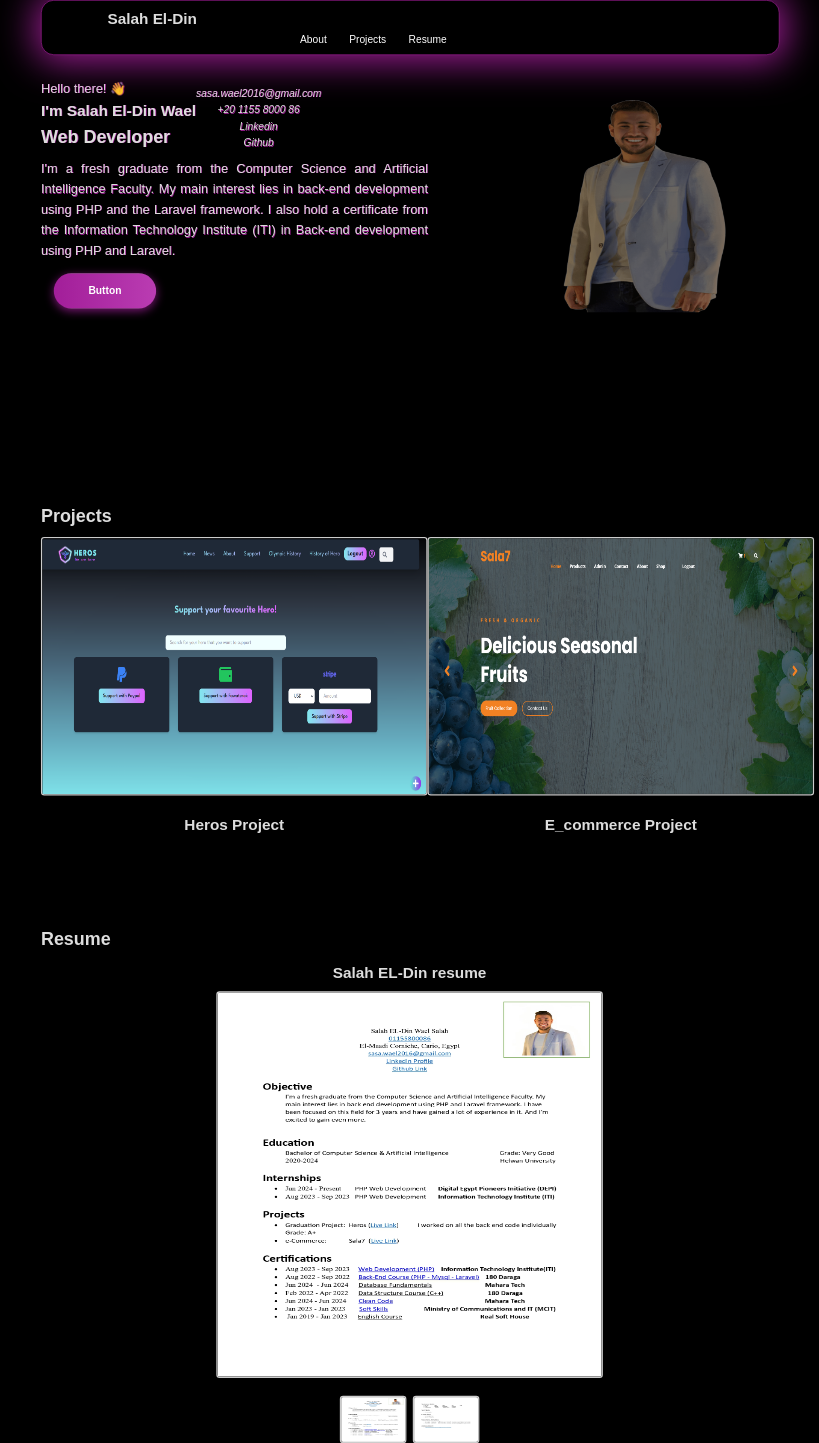
Repository: Salah-Wael/Salah-EL-Din-Portfolio
Page: index.html
The author's editor kept a copy of each file at every save. The page is drawn from the files as they stood at one save, then again after a run of saves.
The browser window is 1280 px wide. The pictures show the whole page, at 64% of full size.

Above is the page before, as saved 2024-07-28 03:44:52.

### index.html
<!DOCTYPE html>
<html lang="en">
<head>
  <meta charset="UTF-8">
  <meta name="viewport" content="width=device-width, initial-scale=1.0">
  <title>Salah EL-Din Portfolio</title>
  <link rel="stylesheet" href="./style.css">

</head>
<body>
  <header>
    <nav>
      <h1>Salah El-Din</h1>
      <ul>
        <li><a href="#about">About</a></li>
        <li><a href="#projects">Projects</a></li>
        <li><a href="#resume">Resume</a></li>
      </ul>
    </nav>
  </header>
  <section id="about">
    <div class="about">
      <div class="content">
        <div class="info">
          <div >
            <p>Hello there! 👋</p>
            <h1>I'm Salah El-Din Wael</h1>
            <h2>Web Developer</h2>
          </div>
          <div class="contact">
            <address>
              <a href="mailto:sasa.wael2016@gmail.com">sasa.wael2016@gmail.com</a><br>
              <a href="https://api.whatsapp.com/send/?phone=%2B201155800086" target="_blank">+20 1155 8000 86</a><br>
              <a href="https://www.linkedin.com/in/salah-eldin" target="_blank">Linkedin</a><br>
              <a href="https://github.com/Salah-Wael" target="_blank">Github</a><br>
            </address>
          </div>
        </div>
          <p>I'm a fresh graduate from the Computer Science and Artificial Intelligence Faculty.
          My main interest lies in back-end development using PHP and the Laravel framework.
          I also hold a certificate from the Information Technology Institute (ITI) in Back-end development using PHP and Laravel.</p>
        <a href=""><button class="bn632-hover bn22">Button</button></a>


      </div>
      <div class="main-img">
        <img src="./img/me/sasag.png" alt="Salah EL-Din">
      </div>
    </div>
  </section>
  <section id="projects">

    <h2>Projects</h2>
    <div class="projects">
      <div class="projects-container">
        <a href="https://heros.rf.gd/" target="_blank">
          <div class="project">
            <div class="image-display">
              <img id="heros" src="img/projects/heros registration.png" alt="heros registration">
            </div>
            <h3>Heros Project</h3>
          </div>
        </a>
      </div>
      <div class="projects-container">
        <a href="https://sala7.great-site.net/" target="_blank">
          <div class="project">
            <div class="image-display">
              <img id="ecommerce" src="img/projects/ecommerce home.png" alt="Sala7 E_commerce">

            </div>
            <h3>E_commerce Project</h3>
          </div>
        </a>
      </div>
    </div>
  </section>
  <section id="resume">
    <h2>Resume</h2>
    <div class="cv-container">
      <div class="project">
        <h3>Salah EL-Din resume</h3>
        <div class="image-display">
          <img id="CV" src="img/CV/Salah EL-Din resume_page-0001.jpg" alt="Salah EL-Din resume">
        </div>
        <div class="thumbnails">
          <img src="img/CV/Salah EL-Din resume_page-0001.jpg" alt="Salah EL-Din resume"
          onclick="swapImage('img/CV/Salah EL-Din resume_page-0001.jpg')">

          <img src="img/CV/Salah EL-Din resume_page-0002.jpg" alt="Salah EL-Din resume"
          onclick="swapImage('img/CV/Salah EL-Din resume_page-0002.jpg')">

        </div>
      </div>
    </div>
  </section>
</body>

<script>
    document.addEventListener('DOMContentLoaded', (event) => {
      const herosImages = [
        'img/projects/heros registration.png',
        'img/projects/heros create news.png',
        'img/projects/heros payment.png'
      ];
      const ecommerceImages = [
        'img/projects/ecommerce home.png',
        'img/projects/products.png'
      ];

      let currentHerosIndex = 0;
      const herosImage = document.getElementById('heros');

      function swapHerosImage() {
        currentHerosIndex = (currentHerosIndex + 1) % herosImages.length;
        herosImage.src = herosImages[currentHerosIndex];
      }
      setInterval(swapHerosImage, 2000); // Change image every 2 seconds

      let currentEcommerceIndex = 0;
      const ecommerceImage = document.getElementById('ecommerce');

      function swapEcommerceImage() {
        currentEcommerceIndex = (currentEcommerceIndex + 1) % ecommerceImages.length;
        ecommerceImage.src = ecommerceImages[currentEcommerceIndex];
      }

      setInterval(swapEcommerceImage, 2000); // Change image every 2 seconds
    });



    function swapImage(newSrc) {
      document.getElementById('CV').src = newSrc;
    }
  </script>
</html>

### style.css
/* Reset some basic styles */
*{
  margin: 0;
  padding: 0;
  list-style: none;
  text-decoration: none;
  color:#dddddd;
  font-family: Arial, sans-serif;
}

/* General body styling */
body {
  font-family: Arial, sans-serif;
  line-height: 1.6;
  background-color: black;
}

/* Styling for navigation bar */
header{
  height: 10vh;
  width: 100%;

}

:root {
  --main-color: #a21e99;
  --secondary-color: #2ecc71;
  --font-size: 16px;
}

nav {
  background-color: black;
  border: 1px solid var(--main-color) ;
  box-shadow: 1px 1px 60px 8px var(--main-color) ;
  z-index: 1;
  border-radius: 20px;
  color: white;
  width: 90%;
  margin-left: 5%;
  display: flex;
  flex-wrap: wrap;
  justify-content: space-between;
  align-items: center;
  padding: 10px 0px;
  margin-bottom: 50px;
  position: fixed;
}

nav h1 {
  width: 30%;
  text-align: center;
  font-size: 24px;
}

nav ul {
  display: flex;
  justify-content: center;
  width: 90%;
  gap: 15px;
}

nav ul li {
  list-style: none;
}

nav ul li a {
  color: white;
  text-decoration: none;
  padding: 5px 10px;
}

nav ul li a:hover {
  color: var(--main-color);
  transition: 0.5s;
}

/* Section styling */
section {
  /* padding: 20px; */
  margin-top: 50px;
  width: 90%;
  margin-left: 5%;
  height: 85vh;
}

section h2 {
  font-size: 28px;
  margin-bottom: 10px;
}

section p {
  font-size: 24px;
}

/* about section styling */
.about{
  display: flex;
  justify-content: space-around;
  align-items: center;
  margin: 0, 20px, 20px, 20px;
}

.about .content{
  width: 70%;
  height: 100%;
}

.about .content{
  text-shadow: 1px 1px 1px #a21e99;
}
.about .content .info{
  display: flex;
  flex-wrap: wrap;
  align-items: center;
}
.about .content .info .contact{

}

.contact address{
  text-align: center;
}

.about div p{
  width: 75%;
  font-size: 20px;
  text-align: justify;
}

.bn632-hover {
  width: 160px;
  font-size: 16px;
  font-weight: 600;
  color: #fff;
  cursor: pointer;
  margin: 20px;
  height: 55px;
  text-align:center;
  border: none;
  background-size: 300% 100%;
  border-radius: 50px;
  moz-transition: all .4s ease-in-out;
  -o-transition: all .4s ease-in-out;
  -webkit-transition: all .4s ease-in-out;
  transition: all .4s ease-in-out;
}

.bn632-hover:hover {
  background-position: 100% 0;
  moz-transition: all .4s ease-in-out;
  -o-transition: all .4s ease-in-out;
  -webkit-transition: all .4s ease-in-out;
  transition: all .4s ease-in-out;
}

.bn632-hover:focus {
  outline: none;
}

.bn632-hover.bn22 {
  background-image: linear-gradient(
    to right,
    #a21e99,
    #ba3cb2,
    #dd30d8,
    #b62bb6
  );
  box-shadow: 0 4px 15px 0 rgba(162, 30, 153, 0.75);
}

.about .main-img{
  width: 30%;
  height: 100%;

}

.about div img{
  width: 300px;
  height: 300px;
  animation: salah 2s linear infinite;
  -webkit-animation: salah 2s linear infinite;
  /* box-shadow: 1px 1px 1px 0px rgba(162, 30, 153, 0.75) ; */

}

@keyframes salah {
  0%{
    opacity: 0;
    transform: scale(0.5);

  }
  50%{
    opacity: 0.5;
    transform: scale(1.2);
  }

  100%{
    opacity: 1;
    transform: scale(1);
  }
}


/* Projects section styling */
.projects{
  display: flex;
  justify-content: space-evenly;
}

.projects-container {
  display: flex;
  gap: 20px;
  flex-wrap: wrap;
  justify-content: center;
}
.cv-container {
  display: flex;
  gap: 20px;
  flex-wrap: wrap;
  justify-content: center;
}

.project {
  text-align: center;
}

.project h3 {
  font-size: 24px;
  margin-bottom: 10px;
}

.image-display {
  margin-bottom: 20px;

}

#projects .image-display img {
  width: 600px;
  height: 400px;
  border: 2px solid #ccc;
  border-radius: 5px;
  box-shadow: 0 2px 5px rgba(0, 0, 0, 0.1);
}

#resume{
  height: 110vh;
}
#resume .image-display img {
  width: 600px;
  height: 600px;
  border: 2px solid #ccc;
  border-radius: 5px;
  box-shadow: 0 2px 5px rgba(0, 0, 0, 0.1);
}

.thumbnails {
  display: flex;
  gap: 10px;
  justify-content: center;
}

.thumbnails img {
  width: 100px;
  height: 70px;
  border: 2px solid #ccc;
  border-radius: 5px;
  cursor: pointer;
  transition: border-color 0.3s ease;
}

.thumbnails img:hover {
  border-color: #333;
}

After the next 2 saves:
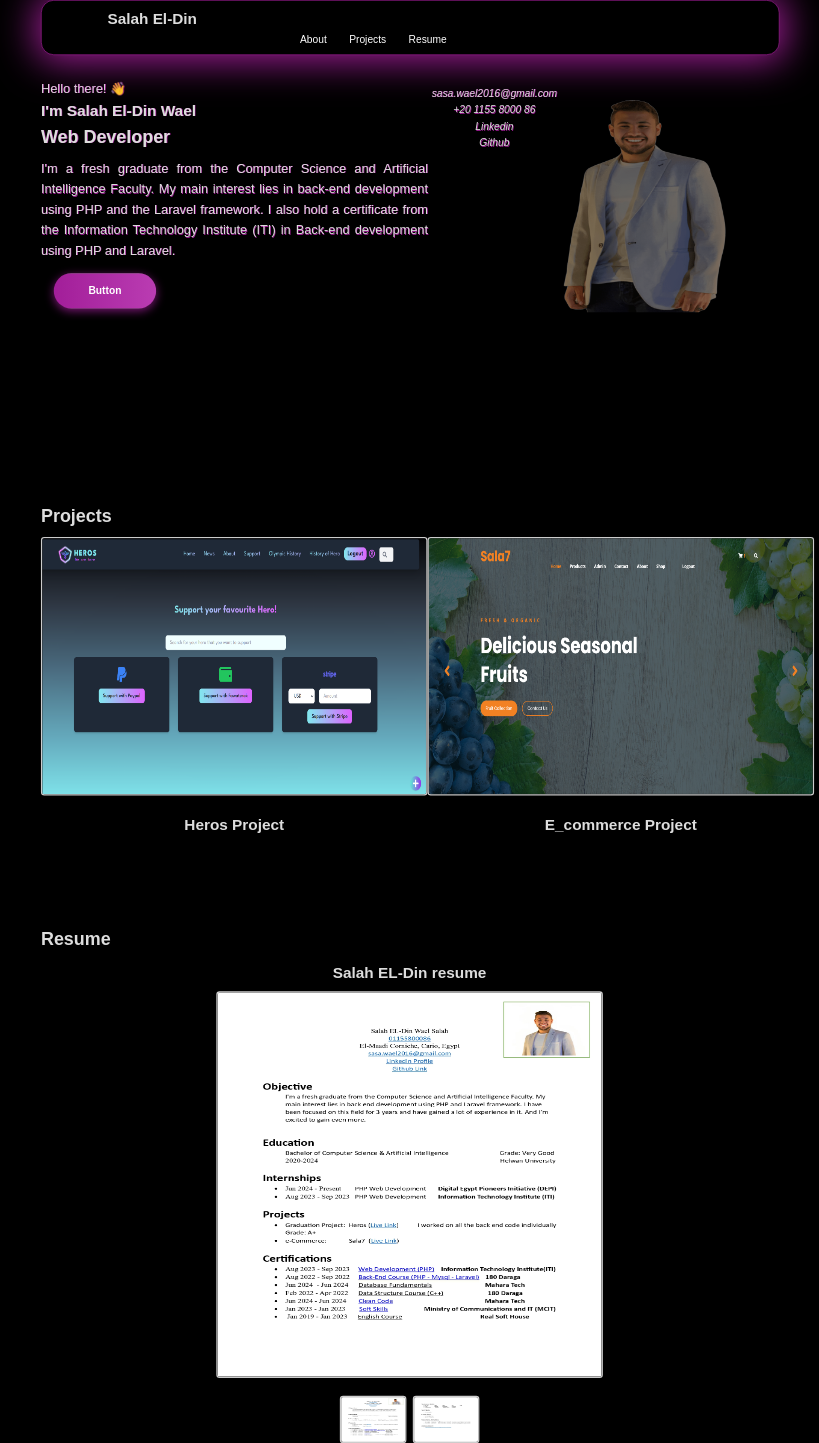
The 2 saves are shown as one change because they came seconds apart.
The last was saved 11 s later.
--- a/index.html
+++ b/index.html
@@ -22,7 +22,7 @@
     <div class="about">
       <div class="content">
         <div class="info">
-          <div >
+          <div style="flex-grow: 1;">
             <p>Hello there! 👋</p>
             <h1>I'm Salah El-Din Wael</h1>
             <h2>Web Developer</h2>

After the save that followed:
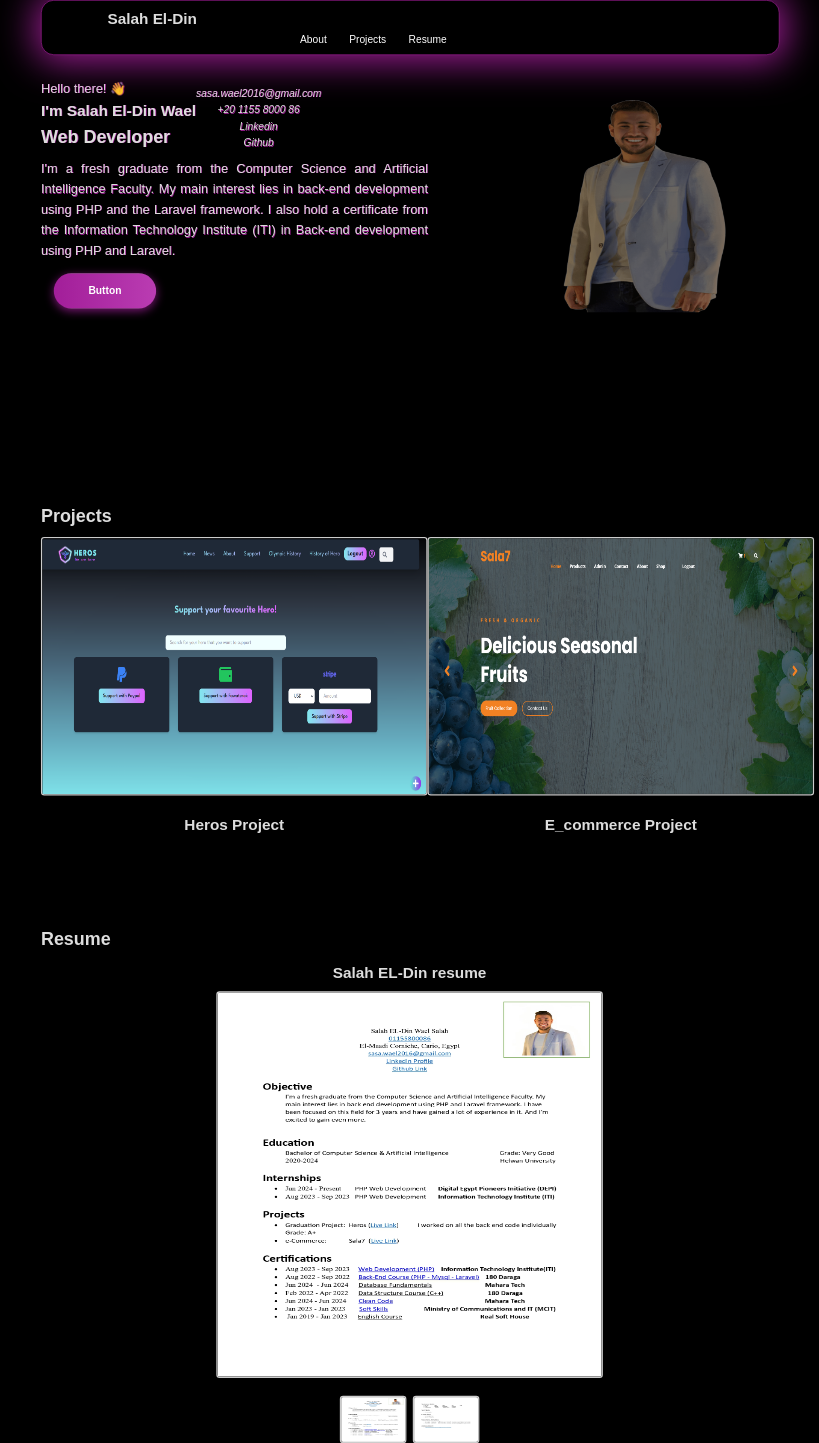
Saved 9 min 35 s later.
--- a/index.html
+++ b/index.html
@@ -22,7 +22,7 @@
     <div class="about">
       <div class="content">
         <div class="info">
-          <div style="flex-grow: 1;">
+          <div style="al">
             <p>Hello there! 👋</p>
             <h1>I'm Salah El-Din Wael</h1>
             <h2>Web Developer</h2>
